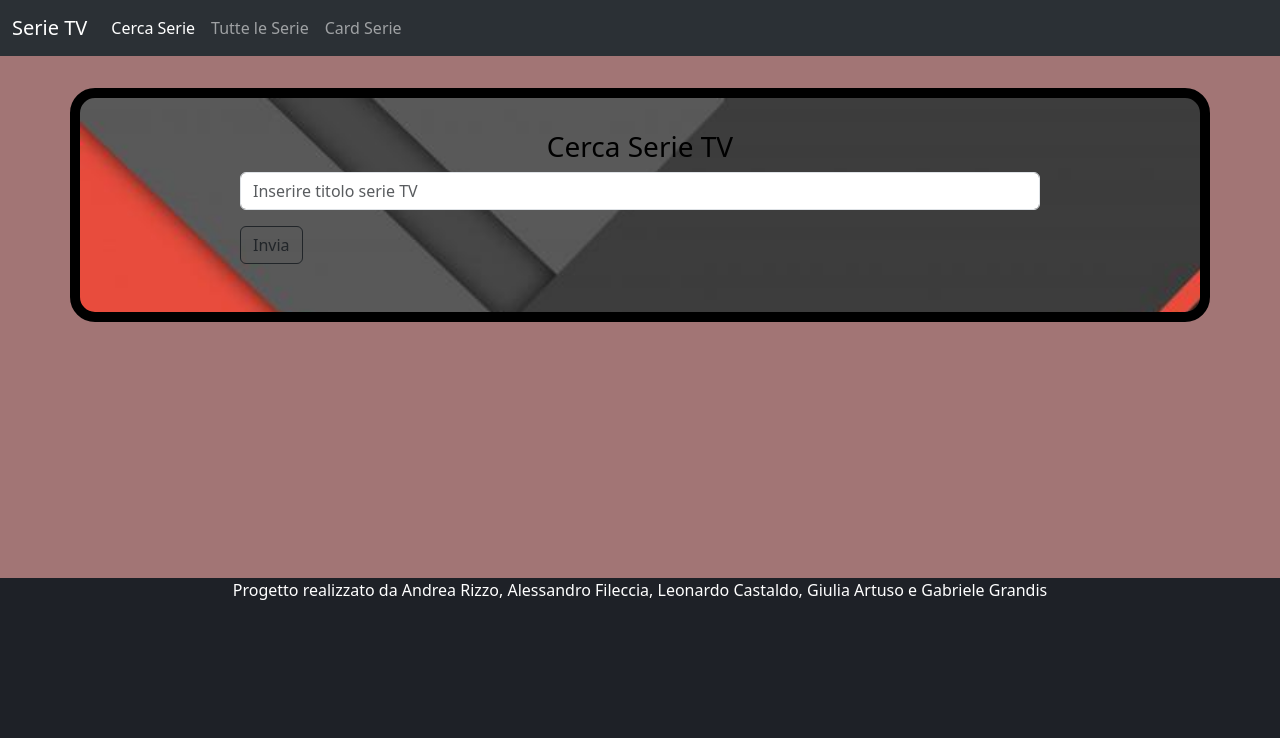
Repository: Adareen/spring
Page: ProgettoDiGruppo/src/main/resources/static/index.html
An editor plug-in stored every save of this project. The page is shown before and after the next save, followed by the edit.
The browser window is 1280 px wide. The pictures show the whole page.

Above is the page before, as saved 2024-03-07 08:59:19.

After the next save:
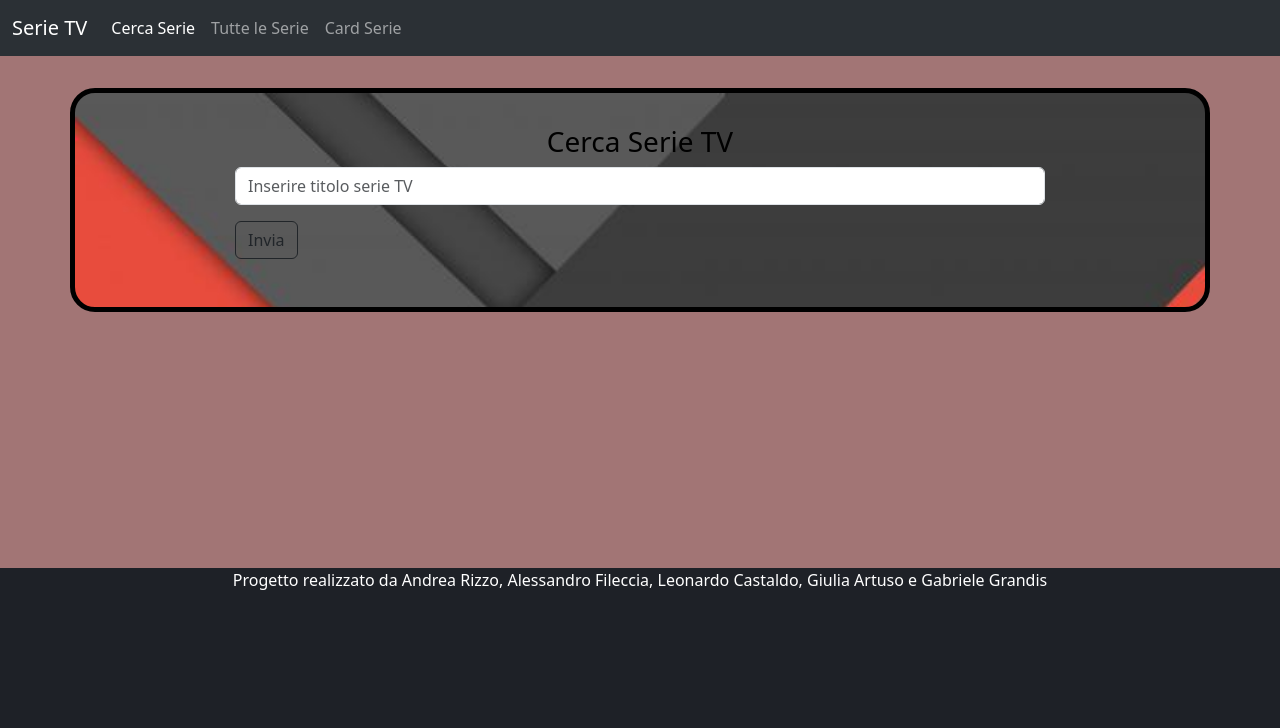
Saved 8 s later.
--- a/ProgettoDiGruppo/src/main/resources/static/index/style.css
+++ b/ProgettoDiGruppo/src/main/resources/static/index/style.css
@@ -16,7 +16,7 @@
   margin-bottom: 2rem;
   padding-bottom: 3rem;
 
-border: solid black 10px;
+border: solid black 5px;
   background-image: url(./img/sfondo.jpeg);
   background-size: cover;
 }
